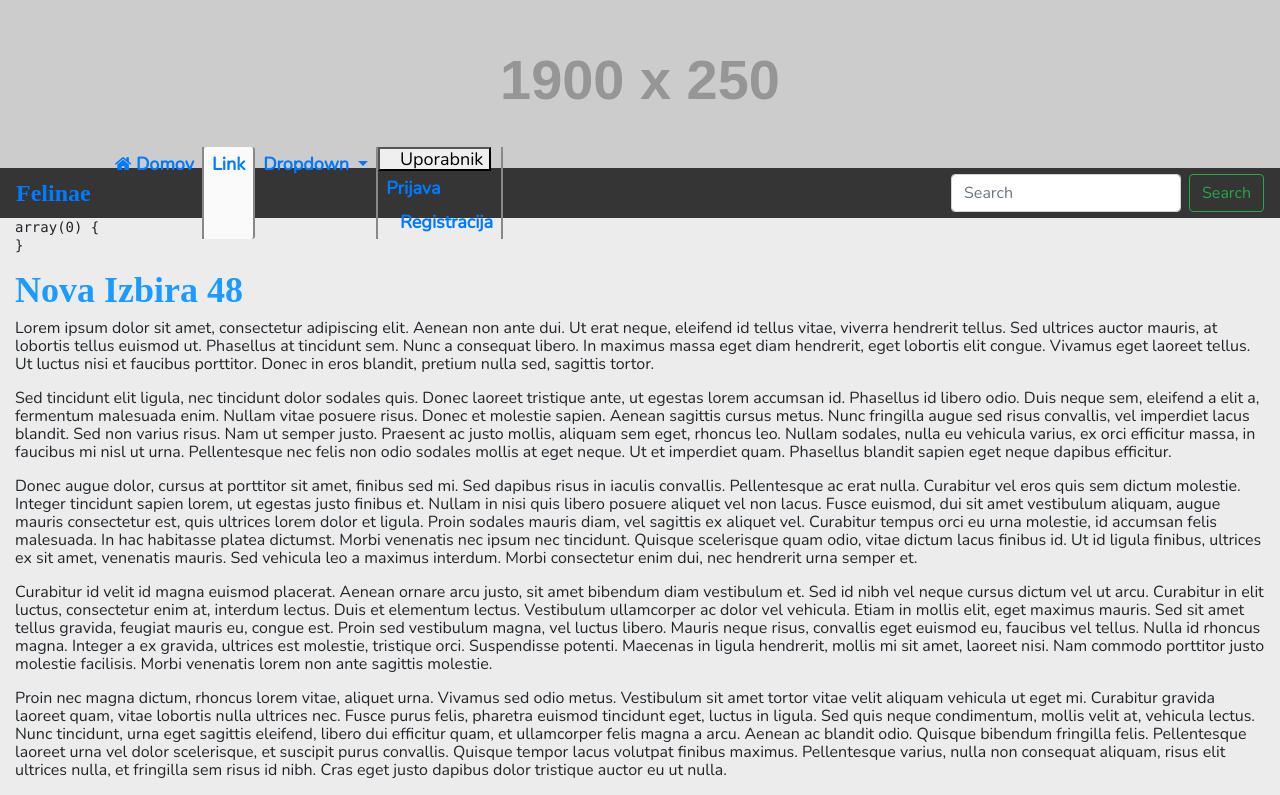
Repository: UrbyK/Felinae
Page: http://localhost/index.php?page=home
The author's editor kept a copy of each file at every save. The page is drawn from the files as they stood at one save, then again after the next save.
The browser window is 1280 px wide. The pictures show the whole page.
Some web fonts or font styles are not loaded; a fallback is used. The page is run by PHP 8.4 with error messages shown; the project is at /var/www/html/.

Above is the page before, as saved 2020-08-12 11:30:12.

After the next save:
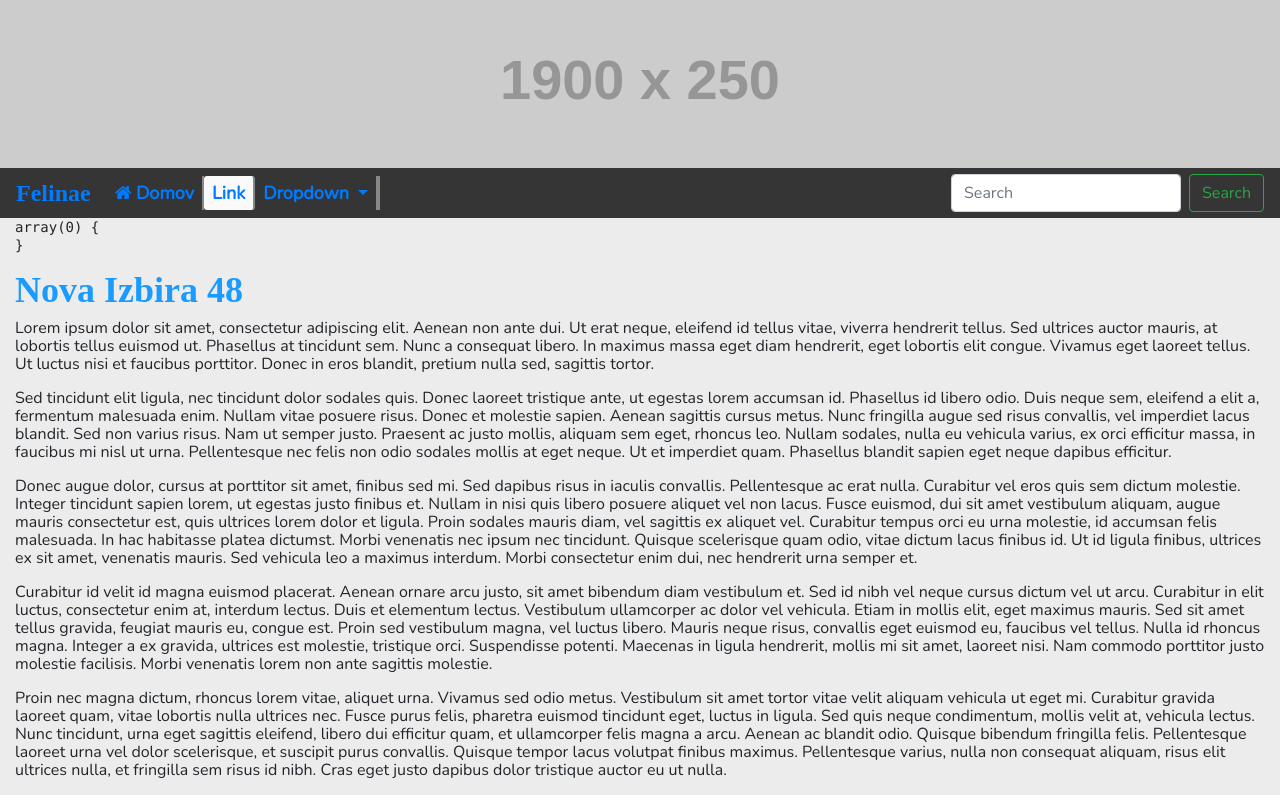
Saved 24 s later.
--- a/header.php
+++ b/header.php
@@ -63,18 +63,7 @@
                         </div>
                     </li>
                     <li class="nav-item">
-                        <div class="dropdown">
-                            <button class="dropbtn"><i class="fas fa-user"></i> Uporabnik</button>
-                            <div class="dropdown-content">
-                                <?php if(empty($_SESSION['user_id'])): ?>
-                                    <a class="nav-link" href="./index.php?page=login" title="Login"><i class="fas fa-sign-in-alt"></i></i> Prijava</a>
-                                    <a class="nav-link" href="./index.php?page=register-user" title="Register"><i class="fas fa-user-plus"></i> Registracija</a>
-                                <?php endif; ?>
-                                <?php if(isset($_SESSION['user_id']) && !empty($_SESSION['user_id'])): ?>
-                                    <a class="nav-link" href="./index.php?page=logout" title="Logout"><i class="fas fa-sign-out-alt"></i> Izpis</a>
-                                <?php endif; ?>
-                            </div>
-                        </div>
+
                     </li>
                 </ul>
 
